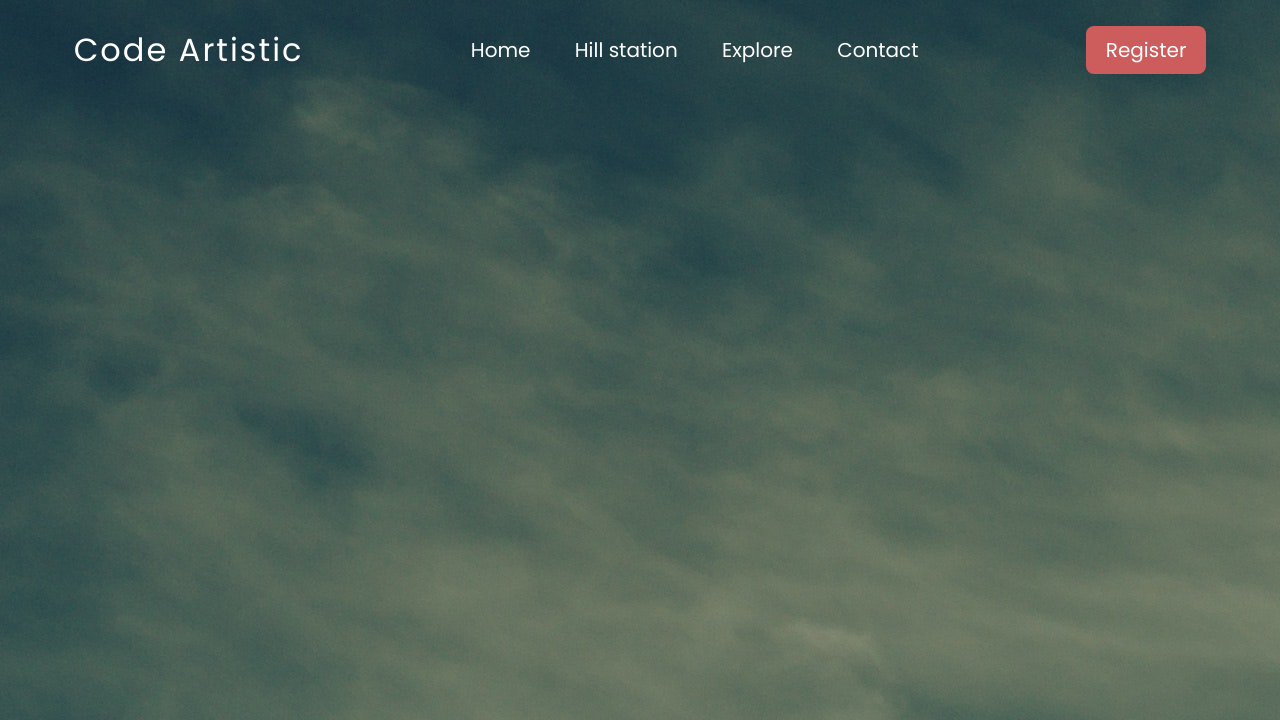
Repository: Ruxmary7/energy
Page: starter/index.html
These files come from the project's save history. The page is drawn as it stood at one moment and after the next save; the edit follows.
The browser window is 1280 px wide. The pictures show the whole page.

Above is the page before, as saved 2025-01-10 22:06:33.

After the next save:
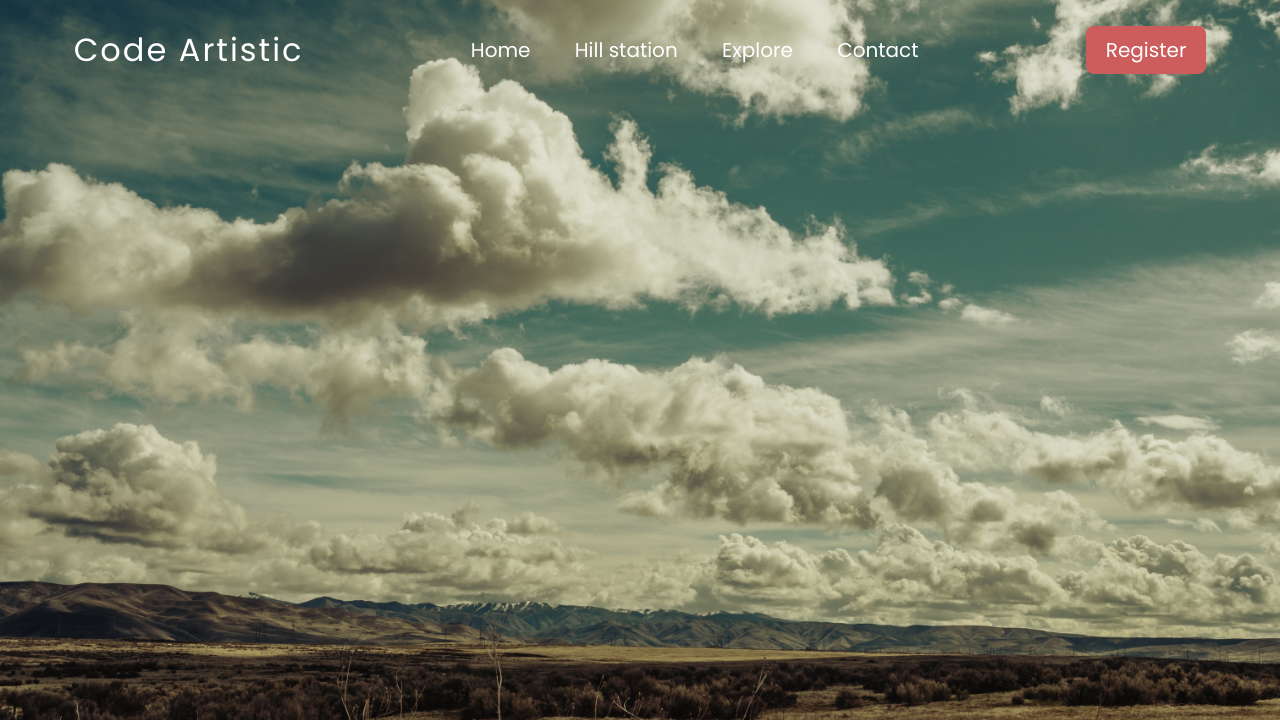
Saved 15 s later.
--- a/starter/style.css
+++ b/starter/style.css
@@ -11,7 +11,7 @@
     width: 100%;
     height: 100vh;
     background: url(12.jpg);
-    bs: cover;
+    background-size: cover;
     font-family: Poppins, sans-serif;
  nav {
     width: 100%;

After the save that followed:
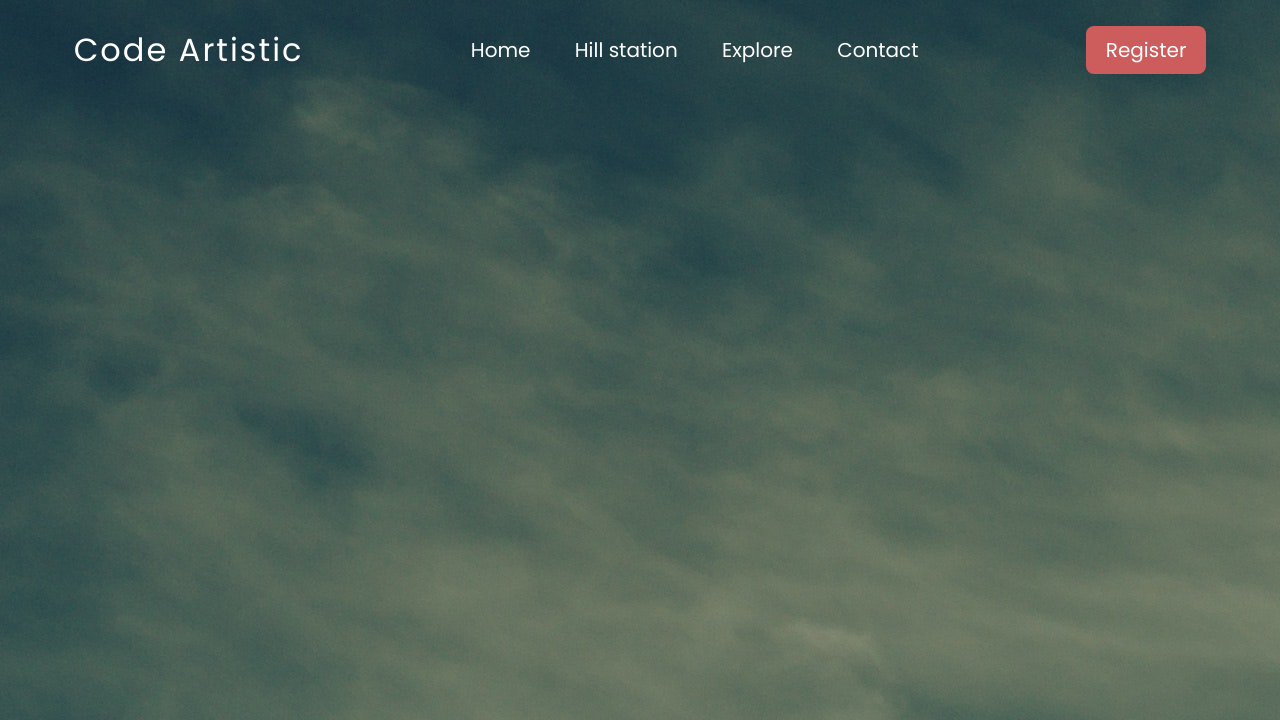
Saved 21 s later.
--- a/starter/style.css
+++ b/starter/style.css
@@ -11,7 +11,7 @@
     width: 100%;
     height: 100vh;
     background: url(12.jpg);
-    background-size: cover;
+    background-size: linear-gradient() cover;
     font-family: Poppins, sans-serif;
  nav {
     width: 100%;
